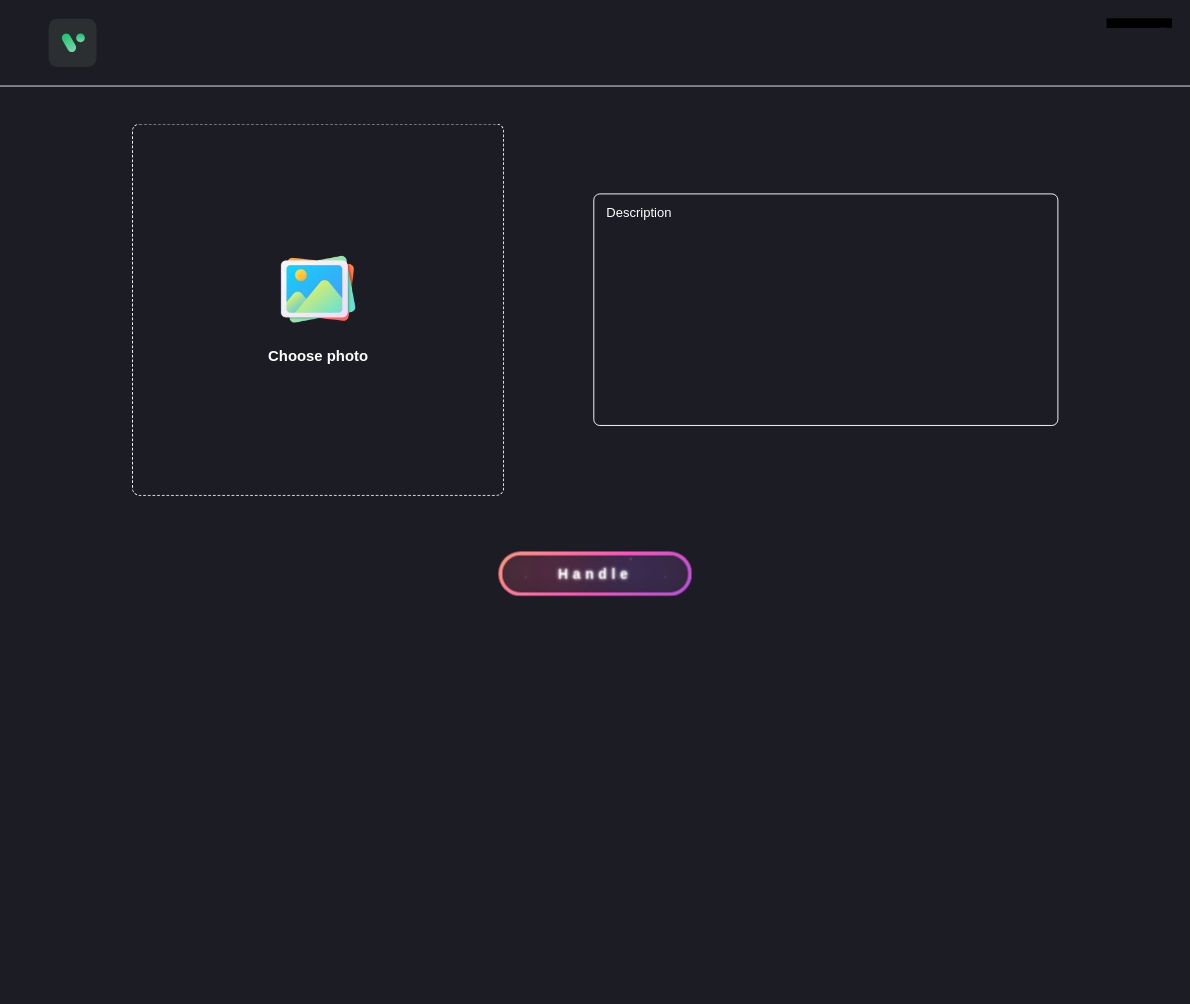
Repository: binhphan77373/Website_PBL6
Page: / (app in myapp/)
An editor plug-in stored every save of this project. The page is shown before and after a run of saves, followed by the edit.
The browser window is 1280 px wide. The pictures show the whole page, at 93% of full size.
The project was rebuilt for these pictures with package versions that can differ from the ones it lists, and the page was loaded fresh each time. Also part of the build but not shown: myapp/vite.config.js, myapp/src/pages/Test.jsx, myapp/src/modules/Result.jsx, myapp/src/pages/ResultPage.jsx.

Above is the page before, as saved 2023-12-29 20:11:19.

### myapp/src/App.jsx
import { Route, Routes } from 'react-router-dom'
import HomePage from './pages/HomePage'
import Test from './pages/Test'
import ResultPage from './pages/ResultPage'

function App() {

  return (
    <Routes>
      <Route path='/' element={<HomePage></HomePage>}></Route>
      <Route path='/rs' element={<ResultPage></ResultPage>}></Route>
      <Route path='/test' element={<Test></Test>}></Route>
    </Routes>
  )
}

export default App

### myapp/src/pages/HomePage.jsx
import  { useEffect } from 'react';
import Topbar from '../modules/Topbar';
import Body from '../modules/Body';
import "../index.css";
const HomePage = () => {
  useEffect(() => {
    document.title = "Home Page";
  }, []);
  return (
    <>
      <Topbar></Topbar>
      <Body></Body>
    </>
  );
};

export default HomePage;

### myapp/src/modules/Topbar.jsx
import styled from "styled-components";
const DashboardHeaderStyles = styled.div`
  padding: 20px;
  border-bottom: 1px solid #eee;
  display: flex;
  justify-content: space-between;
  gap: 20px;
  .logo {
    display: flex;
    align-items: center;
    gap: 20px;
    font-size: 18px;
    font-weight: 600;
    img {
      max-width: 40px;
    }
  }
  .header-avatar {
    width: 52px;
    height: 52px;
    img {
      width: 100%;
      height: 100%;
      object-fit: cover;
      border-radius: 100rem;
    }
  }
  .header-right {
    display: flex;
    align-items: center;
    gap: 20px;
  }
`;

const Topbar = () => {
  return (
    <DashboardHeaderStyles>
      <div className="logo ml-8">
        <svg
          width={52}
          height={52}
          viewBox="0 0 52 52"
          fill="none"
          xmlns="http://www.w3.org/2000/svg"
        >
          <rect width={52} height={52} rx={10} fill="#2C2F32" />
          <path
            d="M15.186 23.2348C13.8487 20.8914 14.5874 17.9269 16.8359 16.6135C19.0844 15.3 21.9912 16.135 23.3285 18.4784L29.1985 28.7652C30.5358 31.1086 29.797 34.0731 27.5485 35.3865C25.3001 36.6999 22.3932 35.865 21.056 33.5215L15.186 23.2348Z"
            fill="url(#paint0_linear_2376_1140)"
          />
          <path
            d="M39.2349 20.6917C39.2349 23.3235 37.1345 25.4569 34.5435 25.4569C31.9525 25.4569 29.8521 23.3235 29.8521 20.6917C29.8521 18.0599 31.9525 15.9265 34.5435 15.9265C37.1345 15.9265 39.2349 18.0599 39.2349 20.6917Z"
            fill="url(#paint1_linear_2376_1140)"
          />
          <defs>
            <linearGradient
              id="paint0_linear_2376_1140"
              x1="16.8359"
              y1="16.6135"
              x2="27.441"
              y2="35.0019"
              gradientUnits="userSpaceOnUse"
            >
              <stop stopColor="#1DC071" />
              <stop offset={1} stopColor="#77D9AA" />
            </linearGradient>
            <linearGradient
              id="paint1_linear_2376_1140"
              x1="34.5435"
              y1="15.9265"
              x2="34.5205"
              y2="25.2863"
              gradientUnits="userSpaceOnUse"
            >
              <stop stopColor="#1DC071" />
              <stop offset={1} stopColor="#77D9AA" />
            </linearGradient>
          </defs>
        </svg>
      </div>
      <div className="loader"></div>
    </DashboardHeaderStyles>
  );
};

export default Topbar;

### myapp/src/modules/Body.jsx
import { useEffect, useState } from "react";
import ImageUpload from "../components/Image/ImageUpload";
import axios from "axios";
import { Link, useNavigate } from "react-router-dom";
import StarsMouse from "../components/Mouse/StarsMouse";
const Body = () => {
  const [file, setFile] = useState(null);
  const [image, setImage] = useState(null);
  const [text,setText] = useState(null);
  const [process, setProcess] = useState(0);
  const [rs, setRs] = useState("");
  const navigate = useNavigate();
  useEffect(() => {
    const uploadToImgbb = async () => {
      if (!file) return null;
      setProcess(1);
      const formData = new FormData();
      formData.append("image", file);
      const response = await axios({
        method: "post",
        url: "https://api.imgbb.com/1/upload?key=1354c230dd40a7043dbe4307c3df1bc3",
        data: formData,
        headers: {
          "content-Type": "multipart/form-data",
        },
      });
      if (response.data.data.url) setProcess(0);
      setImage(response.data.data.url);
    };
    uploadToImgbb();
  }, [file]);
  const handleSelectImage = (e) => {
    if (e.target.files) {
      setFile(e.target.files[0]);
    }
  };
  const handleDeleteImage = () => {
    setImage(null);
  };
  const handleClick = async () => {
    // Create a FormData object and append the image to it.
    const formData = new FormData();
    formData.append('image_input', image);
    formData.append('text_input', text);
    console.log(image);
    console.log(formData);
    // Make a POST request to the server with the FormData object.
    const response = await axios.post('http://localhost:8080/predict', formData, {
      headers: {
        'Content-Type': 'multipart/form-data',
      },
    });
    // Handle the response.
    if (response.status === 200) {
      // The image was successfully uploaded.
      // Do something with the response.data.
      // const data = response.data.images;
      // const src = `data:[embedded picture, 31 characters]
      // console.log(src);
      // setNewImage(src);
      console.log("success");
      setRs(response.data);
      navigate('/rs', { state: { result: response.data , resultImg : image } });
    } else {
      // An error occurred.
      // Handle the error.
      console.error('Failed to upload and process the image.');
      console.log(image);
    }
  }
  const handleChange = (e) => {
    setText(e.target.value);
  }
  return (
    <div className="flex flex-col gap-5 justify-center items-center">
      <div className="flex items-center justify-center p-10 gap-x-24">
        <ImageUpload
          onChange={handleSelectImage}
          handleDeleteImage={handleDeleteImage}
          progress={process}
          image={image}
        ></ImageUpload>
        <div className="w-[500px] h-[250px]">
          <div className="relative h-full w-full min-w-[300px]">
            <textarea
              className="peer h-full border-t-white text-white min-h-[100px] w-full resize-none rounded-[7px] border border-white border-t-transparent bg-transparent px-3 py-2.5 font-sans text-sm font-normal text-blue-gray-700 outline outline-0 transition-all placeholder-shown:border placeholder-shown:border-blue-gray-200 placeholder-shown:border-t-blue-gray-200 focus:border-2 focus:border-green-400 focus:border-t-transparent focus:outline-0 disabled:resize-none disabled:border-0 disabled:bg-blue-gray-50"
              placeholder=" "
              onChange={handleChange}
            ></textarea>
            <label className="before:content[' '] after:content[' '] pointer-events-none absolute left-0 -top-1.5 flex h-full w-full select-none text-[11px] font-normal leading-tight text-blue-gray-400 transition-all before:pointer-events-none before:mt-[6.5px] before:mr-1 before:box-border before:block before:h-1.5 before:w-2.5 before:rounded-tl-md before:border-t before:border-l before:border-blue-gray-200 before:transition-all after:pointer-events-none after:mt-[6.5px] after:ml-1 after:box-border after:block after:h-1.5 after:w-2.5 after:flex-grow after:rounded-tr-md after:border-t after:border-r after:border-blue-gray-200 after:transition-all peer-placeholder-shown:text-sm peer-placeholder-shown:leading-[3.75] peer-placeholder-shown:text-blue-gray-500 peer-placeholder-shown:before:border-transparent peer-placeholder-shown:after:border-transparent peer-focus:text-[11px] peer-focus:leading-tight peer-focus:text-white peer-focus:before:border-t-2 peer-focus:before:border-l-2 peer-focus:before:border-green-400 peer-focus:after:border-t-2 peer-focus:after:border-r-2 peer-focus:after:border-green-400 peer-disabled:text-transparent peer-disabled:before:border-transparent peer-disabled:after:border-transparent peer-disabled:peer-placeholder-shown:text-blue-gray-500">
              <p className="text-white">Description</p>
            </label>
          </div>
        </div>
      </div>
      {/* <button onClick={handleClick} className="bg-red">click</button> */}
        <button className="btn" type="button" onClick={handleClick}>
          <strong>Handle</strong>
          <div id="container-stars">
            <div id="stars"></div>
          </div>
          <div id="glow">
            <div className="circle"></div>
            <div className="circle"></div>
          </div>
      </button>
      <StarsMouse></StarsMouse>
    </div>
  );
};

export default Body;

### myapp/src/components/Image/ImageUpload.jsx
import { Fragment } from "react";
import PropTypes from "prop-types";
const ImageUpload = (props) => {
  const {
    name,
    className = "",
    progress = 0,
    image = "",
    del = true,
    onClick = () => {},
    handleDeleteImage = () => {},
    ...rest
  } = props;
  return (
    <label
      className={`cursor-pointer flex items-center justify-center border border-dashed border-primary w-[400px] min-h-[400px] rounded-lg ${className} relative overflow-hidden group`}
    >
      {del && (
        <input
          type="file"
          name={name}
          className="hidden-input"
          onChange={() => {}}
          {...rest}
        />
      )}
      {/* <div className="absolute z-10 w-16 h-16 border-8 border-green-500 rounded-full loading border-t-transparent animate-spin"></div> */}
      {progress !== 0 && !image && (
        <div
          aria-label="Orange and tan hamster running in a metal wheel"
          role="img"
          className="wheel-and-hamster"
        >
          <div className="wheel"></div>
          <div className="hamster">
            <div className="hamster__body">
              <div className="hamster__head">
                <div className="hamster__ear"></div>
                <div className="hamster__eye"></div>
                <div className="hamster__nose"></div>
              </div>
              <div className="hamster__limb hamster__limb--fr"></div>
              <div className="hamster__limb hamster__limb--fl"></div>
              <div className="hamster__limb hamster__limb--br"></div>
              <div className="hamster__limb hamster__limb--bl"></div>
              <div className="hamster__tail"></div>
            </div>
          </div>
          <div className="spoke"></div>
        </div>
      )}
      {!image && progress === 0 && (
        <div className="flex flex-col items-center text-center pointer-events-none">
          <img
            src="/img-upload.png"
            alt="upload-img"
            className="max-w-[80px] mb-5"
          />
          <p className="font-semibold text-primary">Choose photo</p>
        </div>
      )}
      {image && (
        <Fragment>
          <img
            src={image}
            className="object-cover w-full h-full"
            alt=""
            onClick={onClick}
          />
          {del && (
            <button
              type="button"
              className="absolute z-10 flex items-center justify-center invisible w-16 h-16 text-red-500 transition-all bg-white rounded-full opacity-0 cursor-pointer group-hover:opacity-100 group-hover:visible"
              onClick={handleDeleteImage}
            >
              <svg
                xmlns="http://www.w3.org/2000/svg"
                className="w-6 h-6"
                fill="none"
                viewBox="0 0 24 24"
                stroke="currentColor"
                strokeWidth="2"
              >
                <path
                  strokeLinecap="round"
                  strokeLinejoin="round"
                  d="M19 7l-.867 12.142A2 2 0 0116.138 21H7.862a2 2 0 01-1.995-1.858L5 7m5 4v6m4-6v6m1-10V4a1 1 0 00-1-1h-4a1 1 0 00-1 1v3M4 7h16"
                />
              </svg>
            </button>
          )}
        </Fragment>
      )}
      {/* {!image && (
        <div
          className="absolute bottom-0 left-0 w-10 h-1 transition-all bg-green-400 image-upload-progress"
          style={{
            width: `${Math.ceil(progress)}%`,
          }}
        ></div>
      )} */}
    </label>
  );
};
ImageUpload.propTypes = {
  name: PropTypes.string,
  className: PropTypes.string,
  progress: PropTypes.number,
  image: PropTypes.string,
  del: PropTypes.any,
  onClick: PropTypes.func,
  handleDeleteImage: PropTypes.func,
};
export default ImageUpload;

### myapp/src/components/Mouse/StarsMouse.jsx
import React, { useEffect, useState } from "react";

const StarsMouse = () => {
  const [last, setLast] = useState({
    starTimestamp: 0,
    starPosition: { x: 0, y: 0 },
    mousePosition: { x: 0, y: 0 },
  });

  const config = {
    starAnimationDuration: 1500,
    minimumTimeBetweenStars: 250,
    minimumDistanceBetweenStars: 75,
    glowDuration: 75,
    maximumGlowPointSpacing: 10,
    colors: ["249 146 253", "252 254 255"],
    sizes: ["1.4rem", "1rem", "0.6rem"],
    animations: ["fall-1", "fall-2", "fall-3"],
  };

  // Your other helper functions and constants go here
  let count = 0;

  const rand = (min, max) => Math.floor(Math.random() * (max - min + 1)) + min,
    selectRandom = (items) => items[rand(0, items.length - 1)];

  const withUnit = (value, unit) => `${value}${unit}`,
    px = (value) => withUnit(value, "px"),
    ms = (value) => withUnit(value, "ms");

  const calcDistance = (a, b) => {
    const diffX = b.x - a.x,
      diffY = b.y - a.y;

    return Math.sqrt(Math.pow(diffX, 2) + Math.pow(diffY, 2));
  };
  const calcElapsedTime = (start, end) => end - start;

  const appendElement = (element) => document.body.appendChild(element),
    removeElement = (element, delay) =>
      setTimeout(() => document.body.removeChild(element), delay);

  const createStar = (position) => {
    const star = document.createElement("span"),
      color = selectRandom(config.colors);

    star.className = "star fa-solid fa-star";

    star.style.left = px(position.x);
    star.style.top = px(position.y);
    star.style.fontSize = selectRandom(config.sizes);
    star.style.color = `rgb(${color})`;
    star.style.textShadow = `0px 0px 1.5rem rgb(${color} / 0.5)`;
    star.style.animationName = config.animations[count++ % 3];
    star.style.starAnimationDuration = ms(config.starAnimationDuration);

    appendElement(star);

    removeElement(star, config.starAnimationDuration);
  };

  const createGlowPoint = (position) => {
    const glow = document.createElement("div");

    glow.className = "glow-point";

    glow.style.left = px(position.x);
    glow.style.top = px(position.y);

    appendElement(glow);

    removeElement(glow, config.glowDuration);
  };

  const determinePointQuantity = (distance) =>
    Math.max(Math.floor(distance / config.maximumGlowPointSpacing), 1);
  const createGlow = (last, current) => {
    const distance = calcDistance(last, current),
      quantity = determinePointQuantity(distance);

    const dx = (current.x - last.x) / quantity,
      dy = (current.y - last.y) / quantity;

    Array.from(Array(quantity)).forEach((_, index) => {
      const x = last.x + dx * index,
        y = last.y + dy * index;

      createGlowPoint({ x, y });
    });
  };

  const updateLastStar = (position) => {
    last.starTimestamp = new Date().getTime();

    last.starPosition = position;
  };

  const updateLastMousePosition = (position) => (last.mousePosition = position);

  const adjustLastMousePosition = (position) => {
    if (last.mousePosition.x === 0 && last.mousePosition.y === 0) {
      last.mousePosition = position;
    }
  };
  useEffect(() => {
    const handleOnMove = (e) => {
      const mousePosition = { x: e.clientX, y: e.clientY };

      // Your existing logic for handling mouse move
      adjustLastMousePosition(mousePosition);

      const now = new Date().getTime();
      const hasMovedFarEnough =
        calcDistance(last.starPosition, mousePosition) >=
        config.minimumDistanceBetweenStars;
      const hasBeenLongEnough =
        calcElapsedTime(last.starTimestamp, now) >
        config.minimumTimeBetweenStars;

      if (hasMovedFarEnough || hasBeenLongEnough) {
        createStar(mousePosition);

        setLast((prevLast) => ({
          ...prevLast,
          starPosition: mousePosition,
          starTimestamp: now,
        }));
      }

      createGlow(last.mousePosition, mousePosition);

      setLast((prevLast) => ({
        ...prevLast,
        mousePosition,
      }));
    };

    window.addEventListener("mousemove", handleOnMove);
    window.addEventListener("touchmove", (e) => handleOnMove(e.touches[0]));

    return () => {
      window.removeEventListener("mousemove", handleOnMove);
      window.removeEventListener("touchmove", (e) =>
        handleOnMove(e.touches[0])
      );
    };
  }, [last]);

  return (
    <div className="stars-container">
      {/* Render stars and glow points here using React state */}
    </div>
  );
};

export default StarsMouse;

Loaded but not shown: myapp/index.html (common file); myapp/src/main.jsx (common file); myapp/tailwind.config.js (16 lines, source omitted); myapp/src/index.css (816 lines, source omitted)

After the next 2 saves:
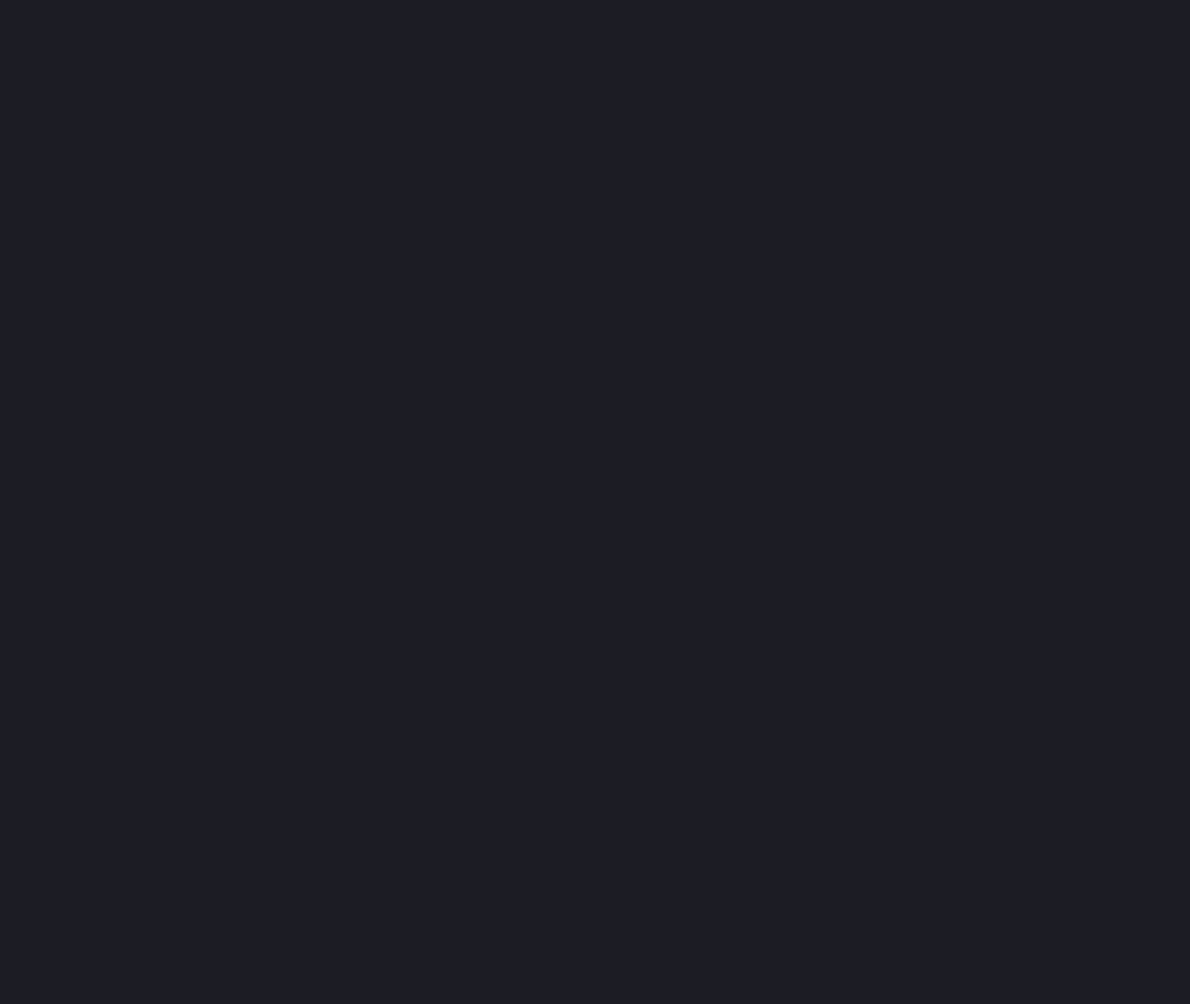
Console error: ReferenceError: setState is not defined
The 2 saves are shown as one change because they came seconds apart.
The last was saved 34 s later.
--- a/myapp/src/modules/Body.jsx
+++ b/myapp/src/modules/Body.jsx
@@ -9,6 +9,7 @@
   const [text,setText] = useState(null);
   const [process, setProcess] = useState(0);
   const [rs, setRs] = useState("");
+  const [loading,setLoading] = setState(false)
   const navigate = useNavigate();
   useEffect(() => {
     const uploadToImgbb = async () => {

After the save that followed:
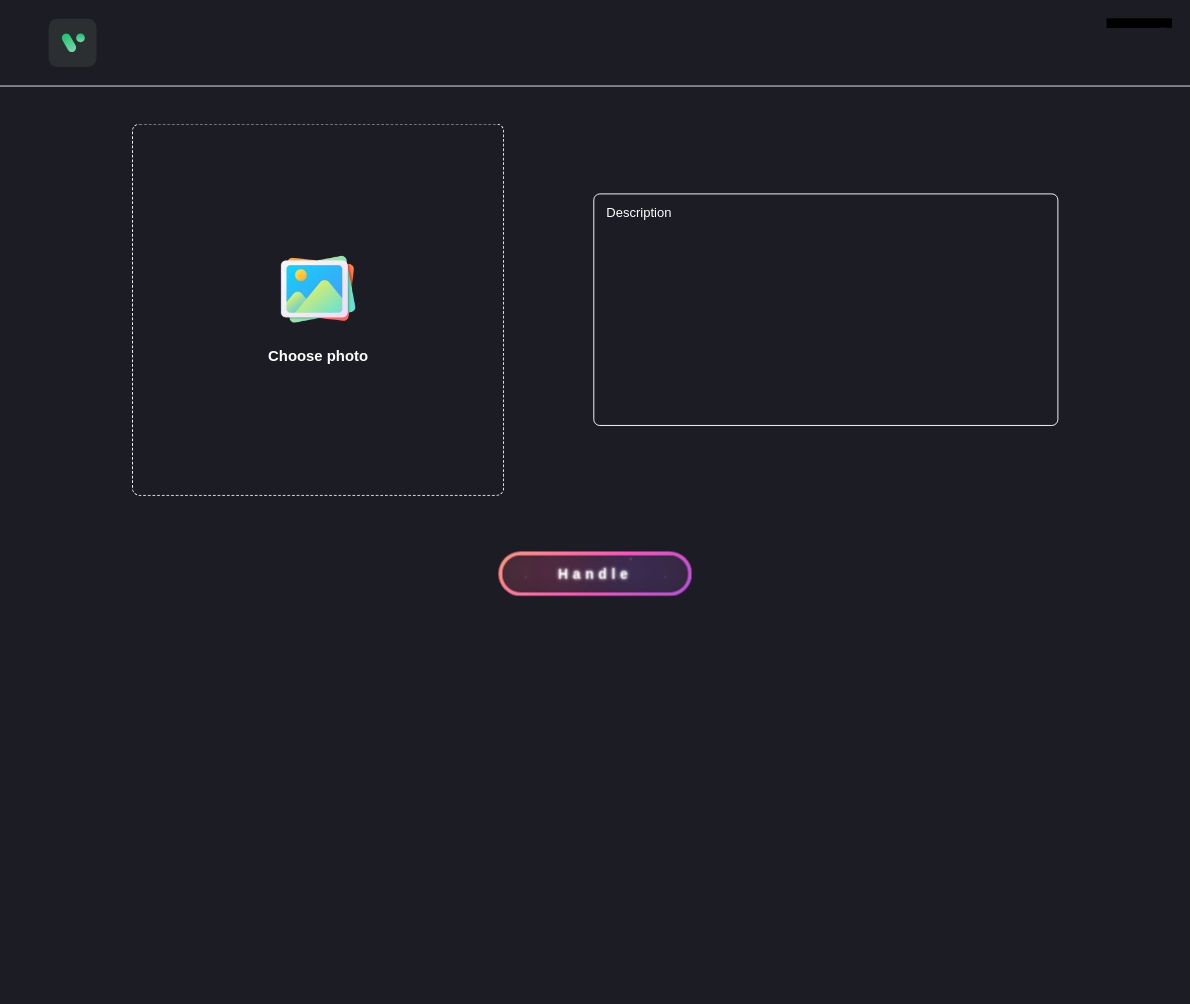
The error is gone.
Saved 4 s later.
--- a/myapp/src/modules/Body.jsx
+++ b/myapp/src/modules/Body.jsx
@@ -9,7 +9,7 @@
   const [text,setText] = useState(null);
   const [process, setProcess] = useState(0);
   const [rs, setRs] = useState("");
-  const [loading,setLoading] = setState(false)
+  const [loading,setLoading] = useState(false)
   const navigate = useNavigate();
   useEffect(() => {
     const uploadToImgbb = async () => {
